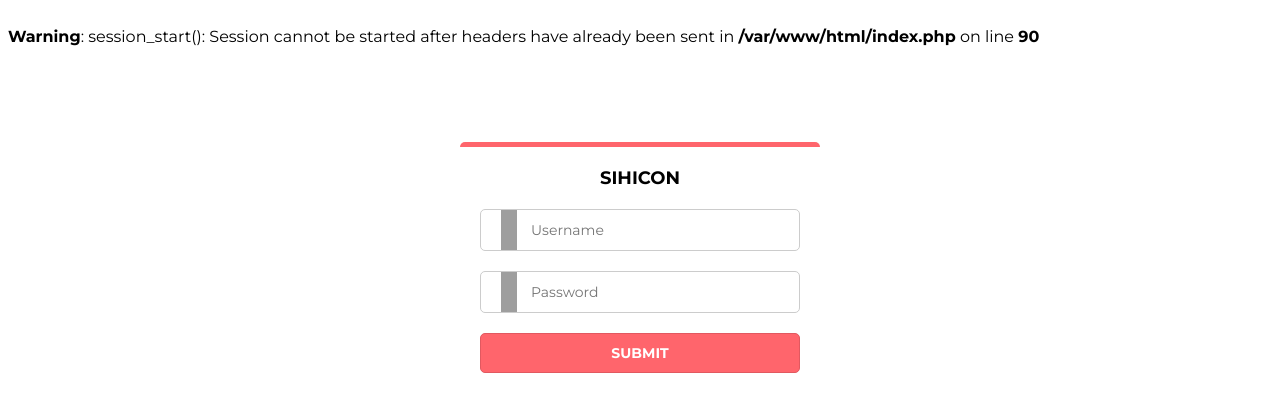
Repository: info1922/historialClinico
Page: http://localhost/
The author's editor kept a record of every edit. The page is drawn from the files as they stood at one moment, then again after the next edit.
The browser window is 1280 px wide. The pictures show the whole page.
Pictures or frames that could not be fetched are drawn as grey boxes. The page is run by PHP 8.4 with error messages shown; the project is at /var/www/html/.

Above is the page before.

After the next edit:
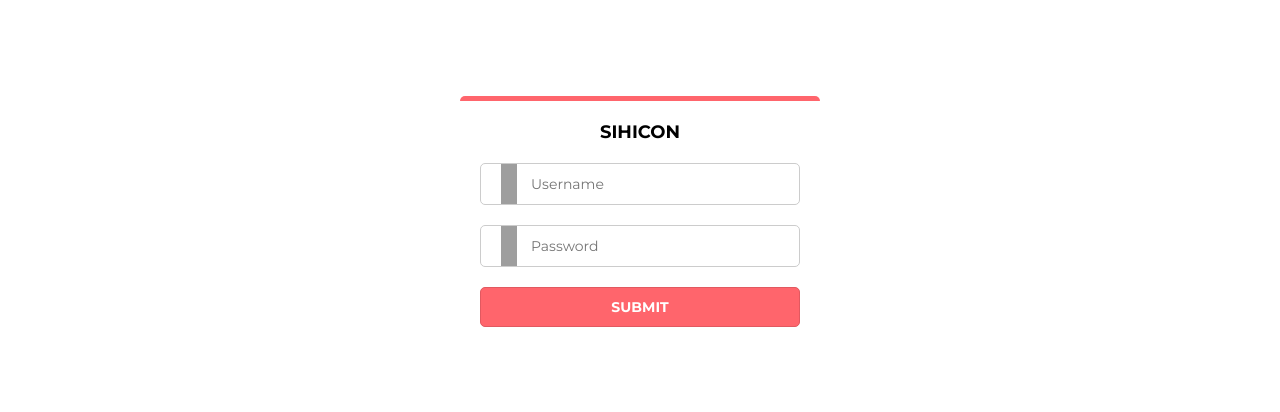
The edit:
--- a/index.php
+++ b/index.php
@@ -1,90 +1,3 @@
-<!--<!DOCTYPE html>-->
-<!-- HTML5 Hello world by kirupa - http://www.kirupa.com/html5/getting_your_feet_wet_html5_pg1.htm -->
-<!--<html class="no-js" lang="es" >-->
-<!--  <head>-->
-<!--    <meta charset="utf-8">-->
-<!--    <meta http-equiv="x-ua-compatible" content="ie=edge">-->
-<!--    <meta name="viewport" content="width=device-width, initial-scale=1.0">-->
-<!--    <title>Foundation for Sites</title>-->
-<!--    <link rel="stylesheet" href="https://cdn.jsdelivr.net/sweetalert2/3.2.3/sweetalert2.min.css" />-->
-<!--    <script type="text/javascript" src="https://cdn.jsdelivr.net/sweetalert2/3.2.3/sweetalert2.min.js"></script>-->
-<!--    <link rel="stylesheet" href="https://cdn.jsdelivr.net/foundation/6.2.1/foundation.min.css">-->
-<!--    <link rel="stylesheet" href="https://cdn.jsdelivr.net/foundation-icons/3.0/foundation-icons.min.css">-->
-<!--    <link rel="stylesheet" href="https://cdnjs.cloudflare.com/ajax/libs/jqueryui/1.11.4/jquery-ui.css" />-->
-<!--    <link rel="stylesheet" href="https://cdnjs.cloudflare.com/ajax/libs/foundation-datepicker/1.5.3/css/foundation-datepicker.min.css">-->
-<!--    <link rel="stylesheet" href="https://cdnjs.cloudflare.com/ajax/libs/foundicons/3.0.0/foundation-icons.css" />-->
-<!--    <link rel="stylesheet" href="https://cdnjs.cloudflare.com/ajax/libs/foundicons/3.0.0/foundation-icons.ttf" type="text/css" />-->
-<!--    <link rel="stylesheet" href="css/style_.css">-->
-<!--    <script type="text/javascript" src="https://ajax.googleapis.com/ajax/libs/angularjs/1.5.5/angular.min.js"></script>-->
-<!--    <script type="text/javascript" src="https://cdnjs.cloudflare.com/ajax/libs/angular.js/1.5.5/angular-route.js"></script>-->
-
-<!--   <script src="https://code.jquery.com/jquery-2.1.4.min.js"></script>-->
-
-<!--    </head>-->
-
-<!--    <body>-->
-<!--        <br>-->
-<!--        <br>-->
-<!--            <div class="medium-6 medium-centered large-4 large-centered columns">-->
-<!--                <form>-->
-
-<!--                    <div class="row column log-in-form">-->
-
-<!--                        <h4 class="text-center">Log in with you email account</h4>-->
-
-<!--                        <label>Usuario-->
-
-<!--                          <input type="text" placeholder="somebody@example.com">-->
-
-<!--                        </label>-->
-
-<!--                        <label>Contraseña-->
-
-<!--                          <input type="text" placeholder="Password">-->
-
-<!--                        </label>-->
-
-<!--                        <p><a type="submit" class="button expanded" href="vistas/Menu.php">Log In</a></p>-->
-
-                        <!--<p class="text-center"><a href="#">Forgot your password?</a></p>   -->
-<!--                    </div>-->
-
-<!--                </form>-->
-
-
-
-<!--            </div>-->
-<!--            <div class="showcase sweet">-->
-<!--                <h4>Sweet<span>Alert</span>2</h4>-->
-<!--                <button>Show error message</button>-->
-<!--            </div>-->
-<!--            <script>-->
-
-<!--              $('.showcase.sweet button').on('click', function() {-->
-<!--                swal('Oops...', 'Something went wrong!', 'error');-->
-<!--              });-->
-
-<!--            </script>-->
-<!--    </body>-->
-<!--    <footer>-->
-
-<!--    </footer>-->
-
-
-<!--    <script src="https://cdnjs.cloudflare.com/ajax/libs/jqueryui/1.11.4/jquery-ui.js"></script>-->
-<!--    <script src="https://cdn.jsdelivr.net/foundation/6.2.1/foundation.min.js"></script>-->
-<!--    <script type="text/javascript" src="https://cdn.jsdelivr.net/foundation/6.2.1/js/foundation.reveal.js"></script>-->
-<!--    <script src="https://intercom.zurb.com/scripts/zcom.js"></script>-->
-<!--    <script type="text/javascript">-->
-
-<!--         $(document).foundation();-->
-<!--     	$(document).ready(function(){$('#myModal').foundation('reveal', 'open')});-->
-
-<!--    </script>-->
-<!---->
-<!--	<a href="api/logout.php">Logout</a>-->
-<!--    </body>-->
-<!--</html>-->
 <?php
 include("api/dbconfig.php");
 session_start();
